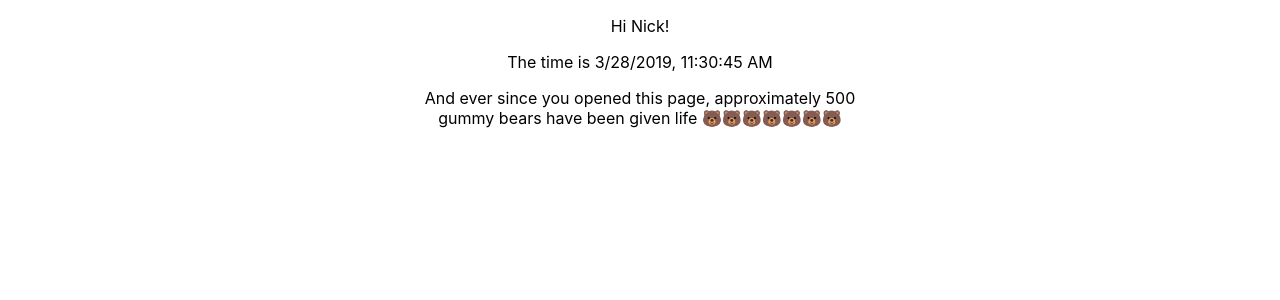
Repository: crispinonicky/gummy-facts
Page: /
The author's editor kept a copy of each file at every save. The page is drawn from the files as they stood at one save, then again after the next save.
The browser window is 1280 px wide. The pictures show the whole page.
The project was rebuilt for these pictures with package versions that can differ from the ones it lists, and the page was loaded fresh each time.

Above is the page before, as saved 2019-03-28 14:00:11.

### src/App.js
import React, { Component } from 'react';
import './App.css';
import Clock from './components/Clock';
import Gummies from './components/Gummies';


class App extends Component {
  constructor(props){
    super(props)

    this.state = {
      name: "Nick"
    }

  }



  render() {
    return (
      <div className="App">


      <p>
        Hi {this.state.name}!
      </p>

        <Clock />
        <Gummies />


      </div>
    );
  }
}

export default App;

### src/components/Clock.js
import React, { Component } from "react";
import "../App.css";

let time = new Date().toLocaleString();
let timeInt = parseInt(time).toString

class Clock extends React.Component {
  constructor(props) {

    super(props)
    this.state = {
      time: new Date().toLocaleString(),
    };
  }

  componentDidMount() {
    this.intervalID = setInterval(
      () => this.tick(),
      1000
    )
  }

  componentWillUnmount() {
    clearInterval(this.intervalID);
  }

  tick() {
    this.setState({
      time: new Date().toLocaleString()
    });
  }

  render() {
    return (
      <div>
      <p>
        The time is {this.state.time}
      </p>
      </div>
    );
  }
}

console.log(typeof time)



export default Clock;

### src/components/Gummies.js
// import React, { Component } from "react";
// import "../App.css";

// // let time = new Date().toLocaleString();
// let gummyCount = 0

// class Gummies extends React.Component {
//   constructor(props) {

//     super(props)
//     this.state = {
//       gummyCount: 0
//     };

//     this.startTimer = this.startTimer.bind(this)

//   }

//   startTimer() {
//     this.setState({
//       time: this.state.time
//     })

//     this.timer = setInterval(() => this.setState({

//     }), 1);
//   }

//   render() {
//     return (
//       <div>
//       <p>
//         And as of the time you opened this app, approximately {gummyCount} have
//         been savagely devoured (within the United States) 😱
//       </p>
//       </div>
//     );
//   }
// }

// console.log(typeof time)



// export default Gummies;


const React = require('react')

// class Gummies extends React.Component {
//   constructor(props){
//     super(props)
//     this.state = {
//       time: 0,
//       isOn: false,
//       start: 0
//     }
//     this.startTimer = this.startTimer.bind(this)

//   }

//   startTimer() {

//     this.setState({
//       isOn: true,
//       time: this.state.time,
//       start: Date.now() - this.state.time
//     })

//     this.timer = setInterval(() => this.setState({
//       time: Date.now() - this.state.start
//     }), 1000);

//   }



//   render() {
//     console.log(typeof this.state.time)


//     let start = (this.state.time == 0) ?
//       <button onClick={this.startTimer}>start</button> :
//       null
//     return(
//       <div>
//         <h3>timer: {(this.state.time)}</h3>
//         {start}

//       </div>

//     )
//   }


// }


// export default Gummies;


class Gummies extends React.Component {
  constructor(props) {
    super(props);
    this.state = {
      seconds: 0
    };
  }

  tick() {
    this.setState(state => ({
      seconds: state.seconds + 1
    }));
  }

  componentDidMount() {
    this.interval = setInterval(() => this.tick(), 10);
  }

  componentWillUnmount() {
    clearInterval(this.interval);
  }

  render() {
    return (
      <div>
        <p>
        And ever since you opened this page, approximately {this.state.seconds}
        <br/>
        gummy bears have been given life 🐻🐻🐻🐻🐻🐻🐻
        </p>
      </div>
    );
  }
}

export default Gummies;

Loaded but not shown: public/index.html (common file); src/index.js (common file); src/index.css (common file); src/serviceWorker.js (common file); src/App.css (common file)

After the next save:
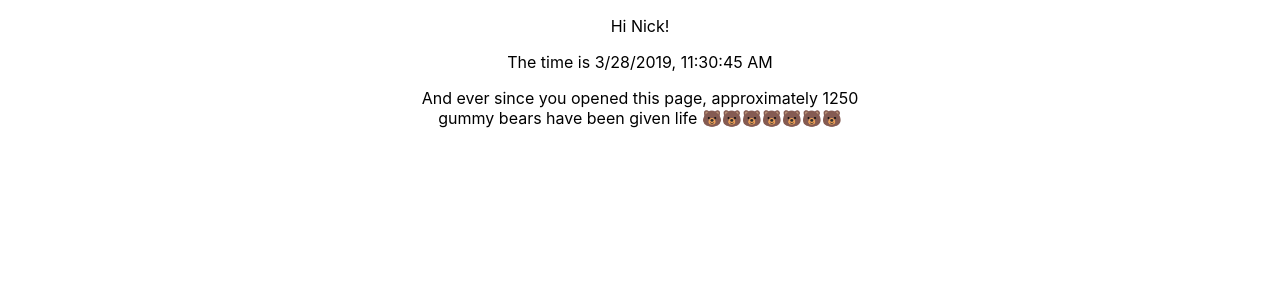
Saved 13 s later.
--- a/src/components/Gummies.js
+++ b/src/components/Gummies.js
@@ -114,7 +114,7 @@
   }
 
   componentDidMount() {
-    this.interval = setInterval(() => this.tick(), 10);
+    this.interval = setInterval(() => this.tick(), 1);
   }
 
   componentWillUnmount() {

After the 2 saves that followed:
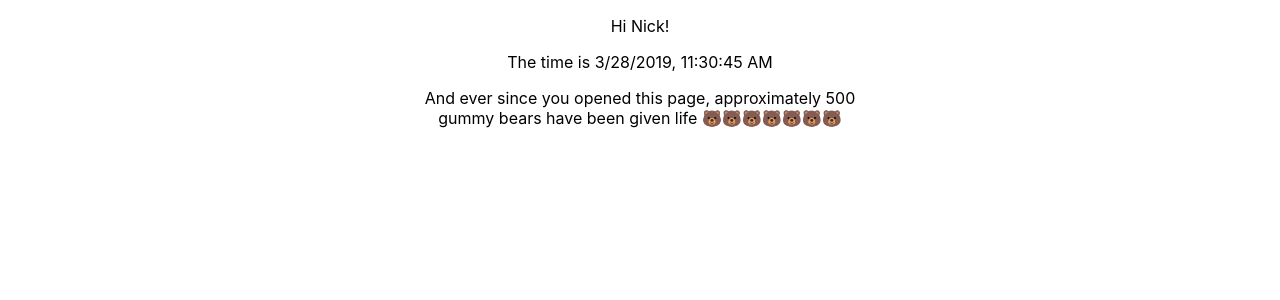
The 2 saves are shown as one change because 1 left the picture as it was.
The last was saved 2 min 8 s later.
--- a/src/components/Clock.js
+++ b/src/components/Clock.js
@@ -2,7 +2,7 @@ import React, { Component } from "react";
 import "../App.css";
 
 let time = new Date().toLocaleString();
-let timeInt = parseInt(time).toString
+// let timeInt = parseInt(time).toString
 
 class Clock extends React.Component {
   constructor(props) {
--- a/src/components/Gummies.js
+++ b/src/components/Gummies.js
@@ -114,7 +114,7 @@
   }
 
   componentDidMount() {
-    this.interval = setInterval(() => this.tick(), 1);
+    this.interval = setInterval(() => this.tick(), 10);
   }
 
   componentWillUnmount() {
